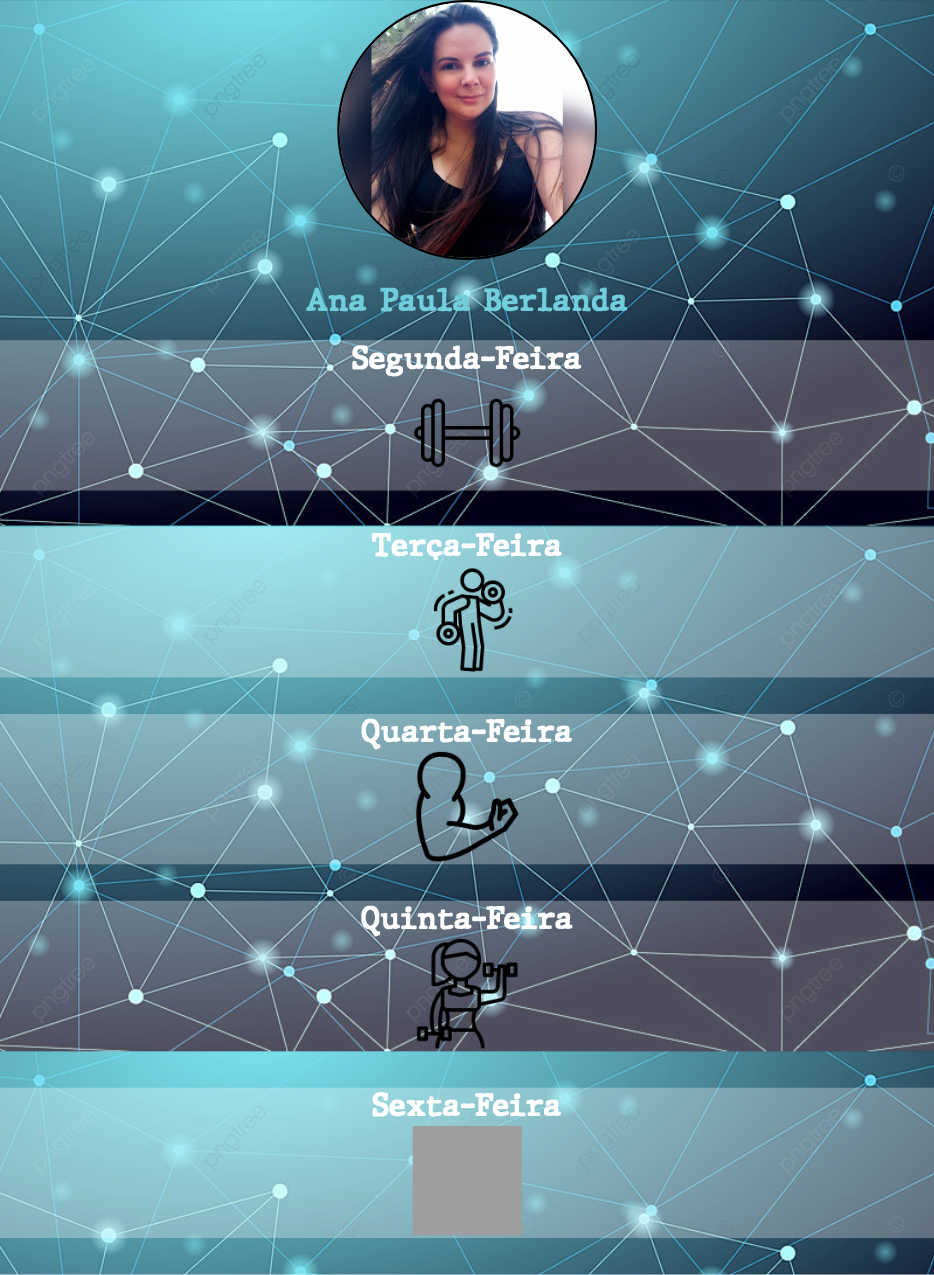
Repository: AnaBerlanda/AppAcademia
Page: index2.html
The author's editor kept a copy of each file at every save. The page is drawn from the files as they stood at one save, then again after the next save.
The browser window is 1280 px wide. The pictures show the whole page, at 73% of full size.
Pictures or frames that could not be fetched are drawn as grey boxes. Backgrounds fixed to the window are drawn as part of the page.

Above is the page before, as saved 2022-02-07 16:47:21.

After the next save:
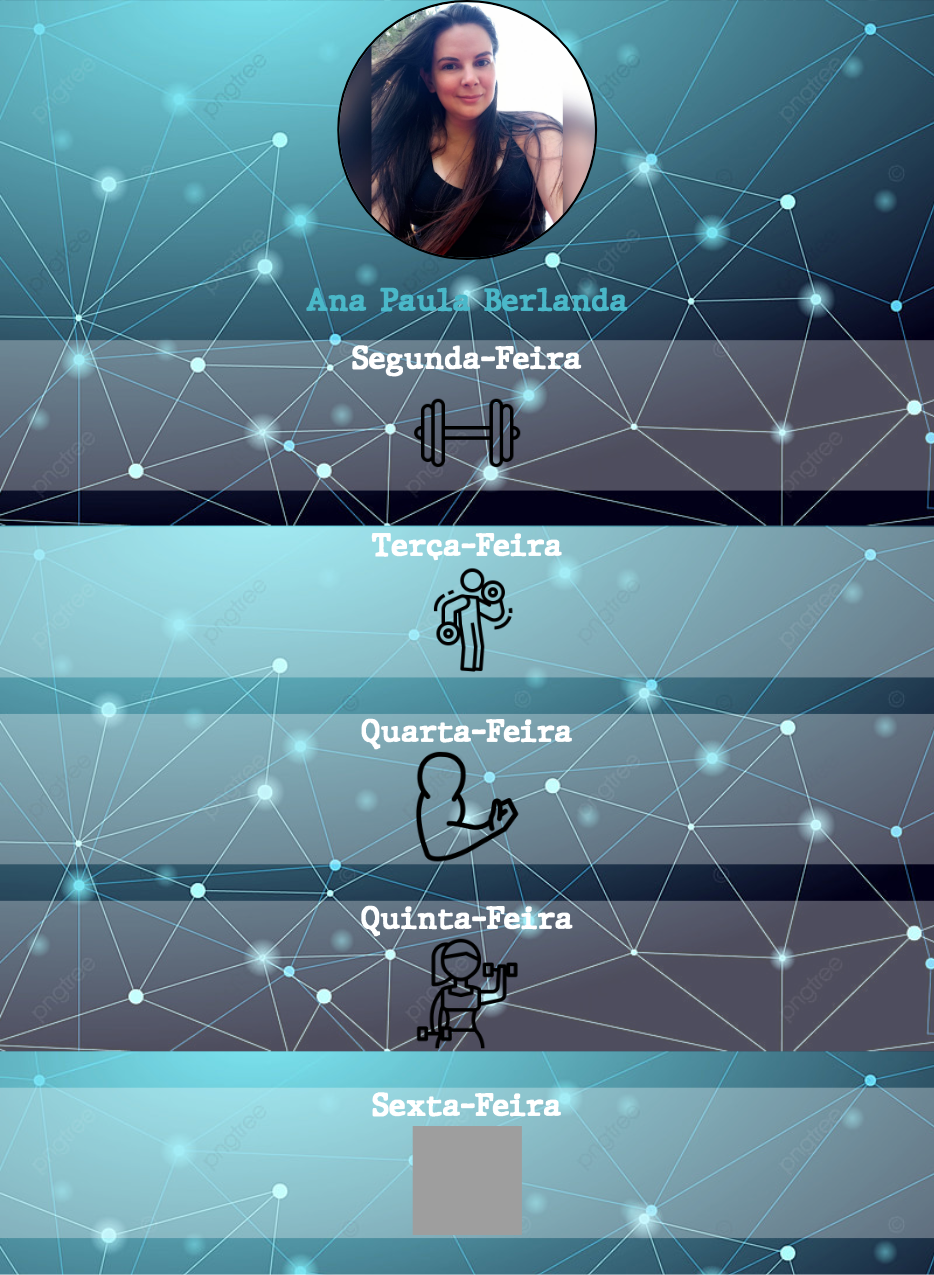
Saved 22 s later.
--- a/index2.html
+++ b/index2.html
@@ -59,7 +59,7 @@
         h1 {
             font-size: 40px;
             font-family: 'JMH';
-            color: #71cedd;
+            color: #4ab8c9;
 
 
         }
